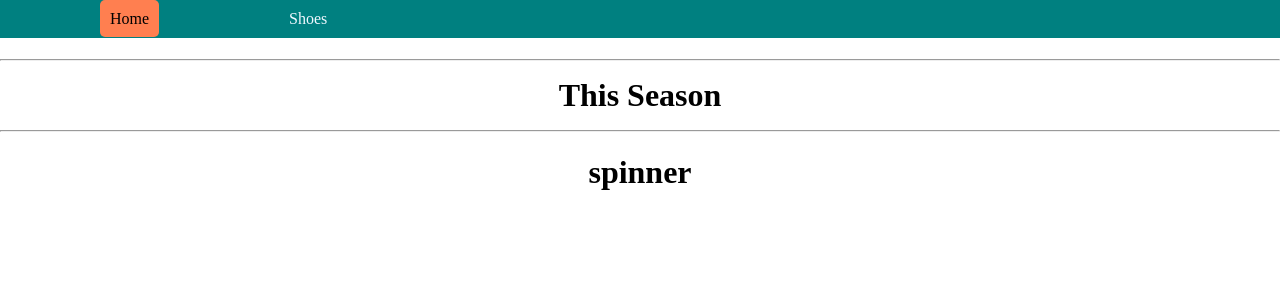
Repository: SalehK98/shop_app
Page: /
These files come from the project's save history. The page is drawn as it stood at one moment and after the next save; the edit follows.
The browser window is 1280 px wide. The pictures show the whole page.
The page's requests for data from a server got no answer. The project was rebuilt for these pictures with package versions that can differ from the ones it lists, and the page was loaded fresh each time. No one was signed in, and anything a server would have sent is missing. Also part of the build but not shown: src/components/ShoeCard/ShoeCard.jsx, src/pages/Shoes/Shoes.jsx, src/pages/Shoe/Shoe.jsx, src/pages/Error/Error.jsx. Imported but missing from the stored project, and not drawn on this page: src/assets/video/preview.mp4.

Above is the page before, as saved 2023-02-28 11:15:48.

After the next save:
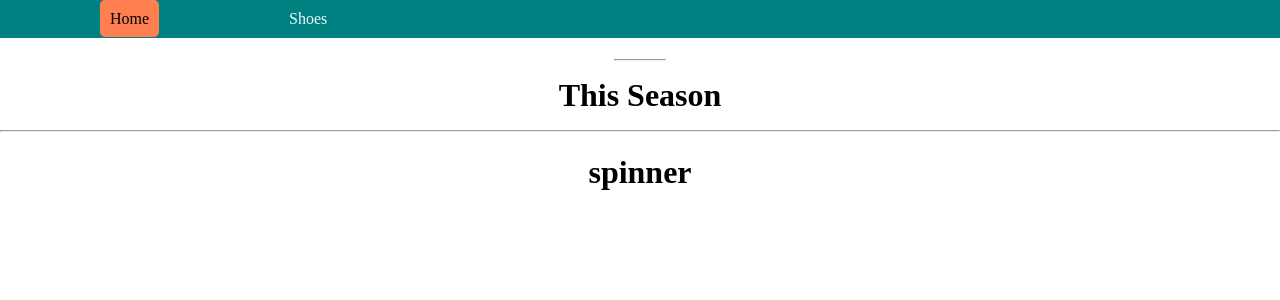
Saved 15 s later.
--- a/src/pages/Home/Home.jsx
+++ b/src/pages/Home/Home.jsx
@@ -53,7 +53,7 @@ export default function Home() {
       /> */}
       {/* {playVideo()} */}
       <h1>
-        <hr />
+        <hr width="50px" />
         This Season
         <hr />
       </h1>
